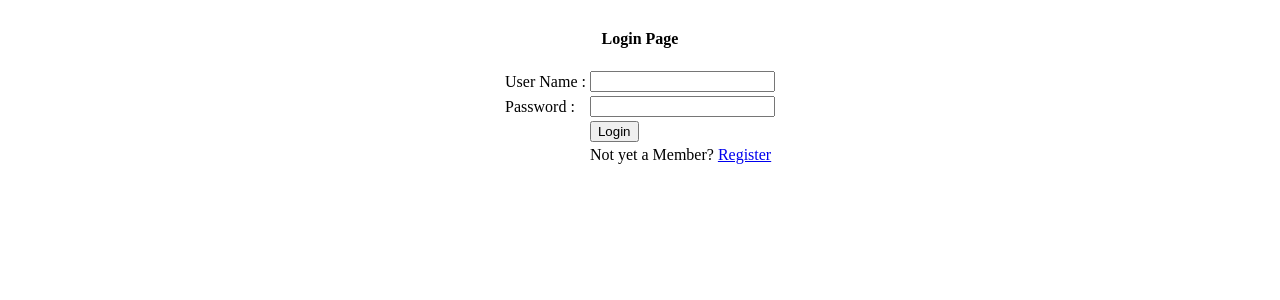
Repository: ShegokarSneha/Login-Registration
Page: http://localhost/LoginRegistration/Login.jsp
An editor plug-in stored every save of this project. The page is shown before and after the next save, followed by the edit.
The browser window is 1280 px wide. The pictures show the whole page.
The page is served by Tomcat 9. Nobody is signed in. The application's start-up code is not run.

Above is the page before, as saved 2019-07-09 08:51:06.

After the next save:
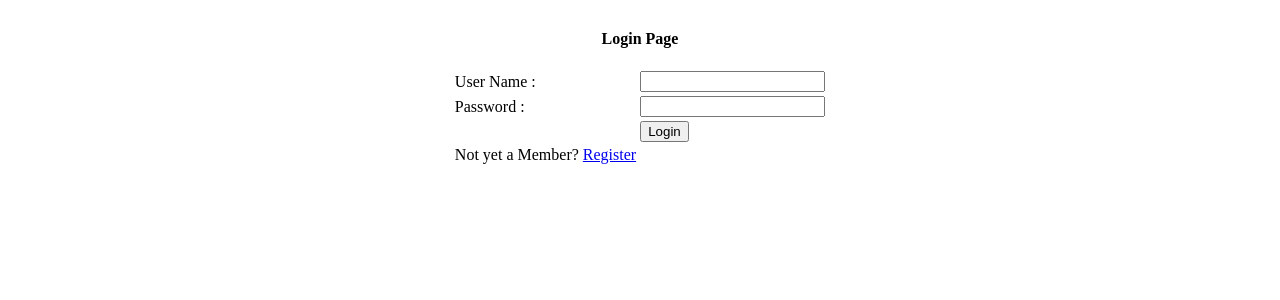
Saved 27 s later.
--- a/LoginRegistration/WebContent/Login.jsp
+++ b/LoginRegistration/WebContent/Login.jsp
@@ -26,8 +26,8 @@
 				<td ><input type="Submit" name="Submit" value="Login"></td>
 			</tr>
 			<tr>
-			<td></td>
-				<td>Not yet a Member? <a href="Register.jsp">Register</a></td>
+
+				<td align = "center">Not yet a Member? <a href="Register.jsp">Register</a></td>
 			</tr>
 		</table>
 	</form>
